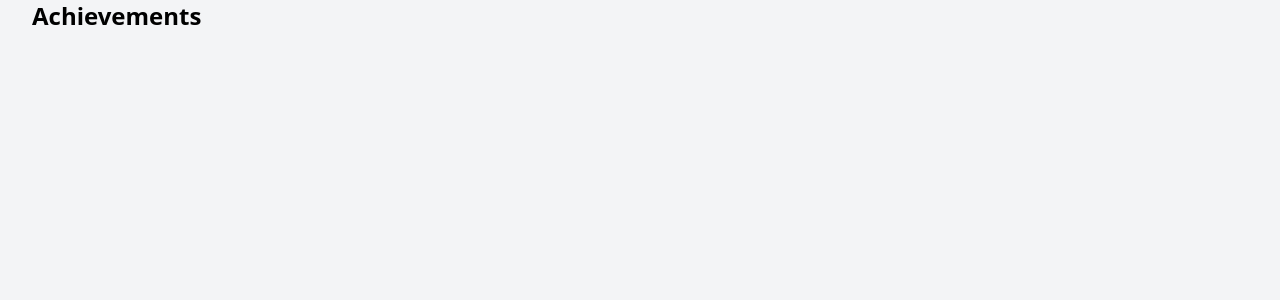
Repository: x9751/binding_of_issac_achivment_checklist
Page: /
These files come from the project's save history. The page is drawn as it stood at one moment and after the next save; the edit follows.
The browser window is 1280 px wide. The pictures show the whole page.
The project was rebuilt for these pictures with package versions that can differ from the ones it lists, and the page was loaded fresh each time. Also part of the build but not shown: vite.config.ts.

Above is the page before, as saved 2024-07-22 22:17:57.

After the next save:
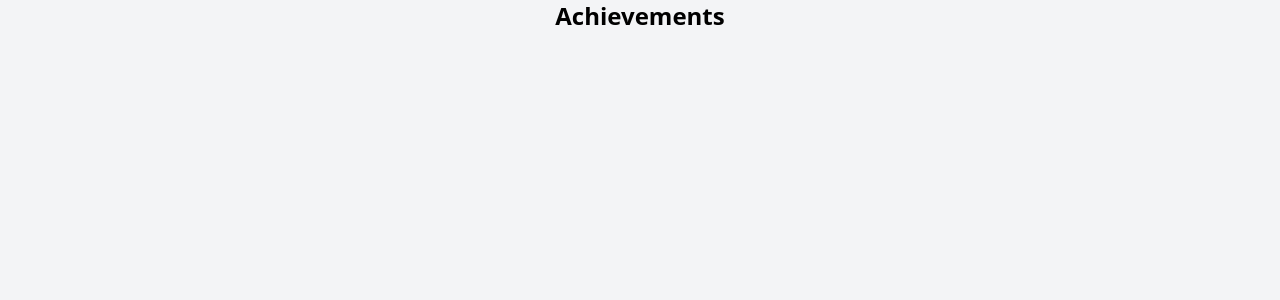
Saved 32 s later.
--- a/src/app.tsx
+++ b/src/app.tsx
@@ -6,8 +6,8 @@
   return (
     <main className="bg-gray-100 min-h-screen flex flex-col">
       <div className="container mx-auto px-4 sm:px-6 lg:px-8">
-        <div className="flex items-center justify-between">
-          <h1 className="text-2xl font-bold text-center">Achievements</h1>
+        <div className="flex items-center justify-center">
+          <h1 className="text-2xl font-bold">Achievements</h1>
         </div>
       </div>
     </main>
